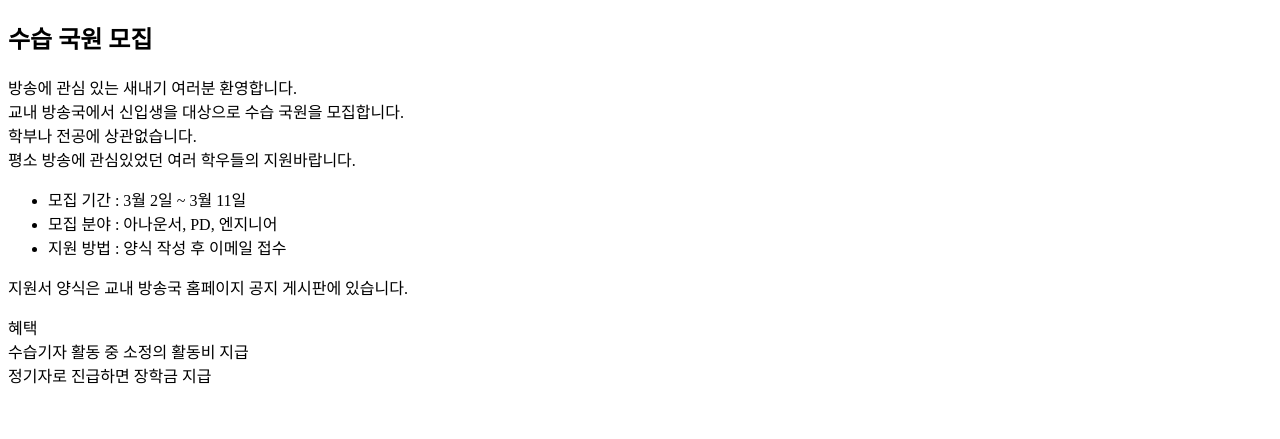
Repository: jinaa11/Kcc_Web
Page: Html/WebContent/mission.html
These files come from the project's save history. The page is drawn as it stood at one moment and after the next save; the edit follows.
The browser window is 1280 px wide. The pictures show the whole page.

Above is the page before, as saved 2024-07-08 05:07:42.

### Html/WebContent/mission.html
<!DOCTYPE html>
<html>
<head>
<meta charset="UTF-8">
<title>Insert title here</title>
</head>
<body>
<h2>수습 국원 모집</h2>
방송에 관심 있는 새내기 여러분 환영합니다.<br>
교내 방송국에서 신입생을 대상으로 수습 국원을 모집합니다. <br>학부나 전공에 상관없습니다.<br>
평소 방송에 관심있었던 여러 학우들의 지원바랍니다.<p>

<ul>
<li>모집 기간 : 3월 2일 ~ 3월 11일</li>
<li>모집 분야 : 아나운서, PD, 엔지니어</li>
<li>지원 방법 : 양식 작성 후 이메일 접수</li>
</ul>
지원서 양식은 교내 방송국 홈페이지 공지 게시판에 있습니다.<p>

혜택<br>
수습기자 활동 중 소정의 활동비 지급<br>
정기자로 진급하면 장학금 지급
</body>
</html>

After the next save:
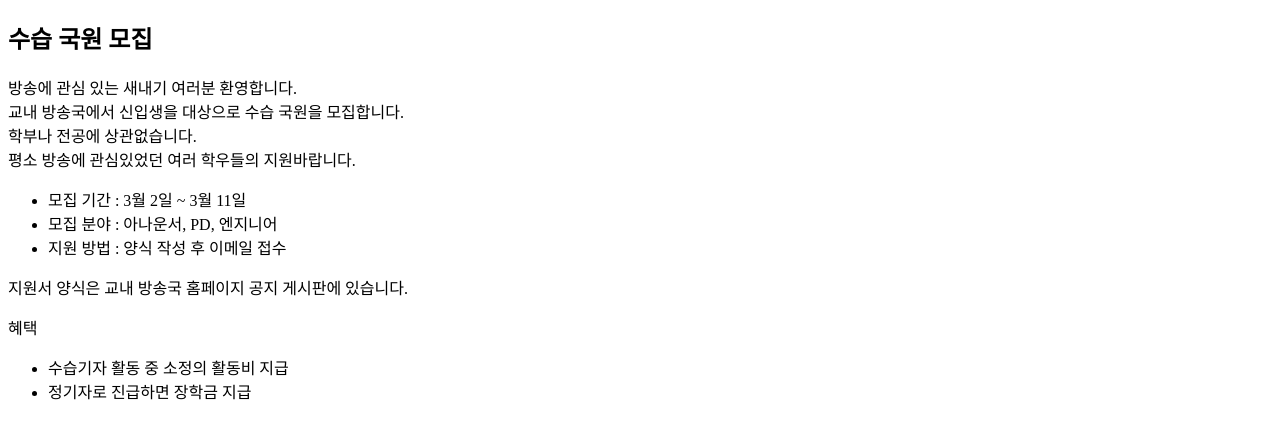
Saved 35 s later.
--- a/Html/WebContent/mission.html
+++ b/Html/WebContent/mission.html
@@ -18,7 +18,9 @@
 지원서 양식은 교내 방송국 홈페이지 공지 게시판에 있습니다.<p>
 
 혜택<br>
-수습기자 활동 중 소정의 활동비 지급<br>
-정기자로 진급하면 장학금 지급
+<ul>
+<li>수습기자 활동 중 소정의 활동비 지급</li>
+<li>정기자로 진급하면 장학금 지급</li>
+</ul>
 </body>
 </html>
